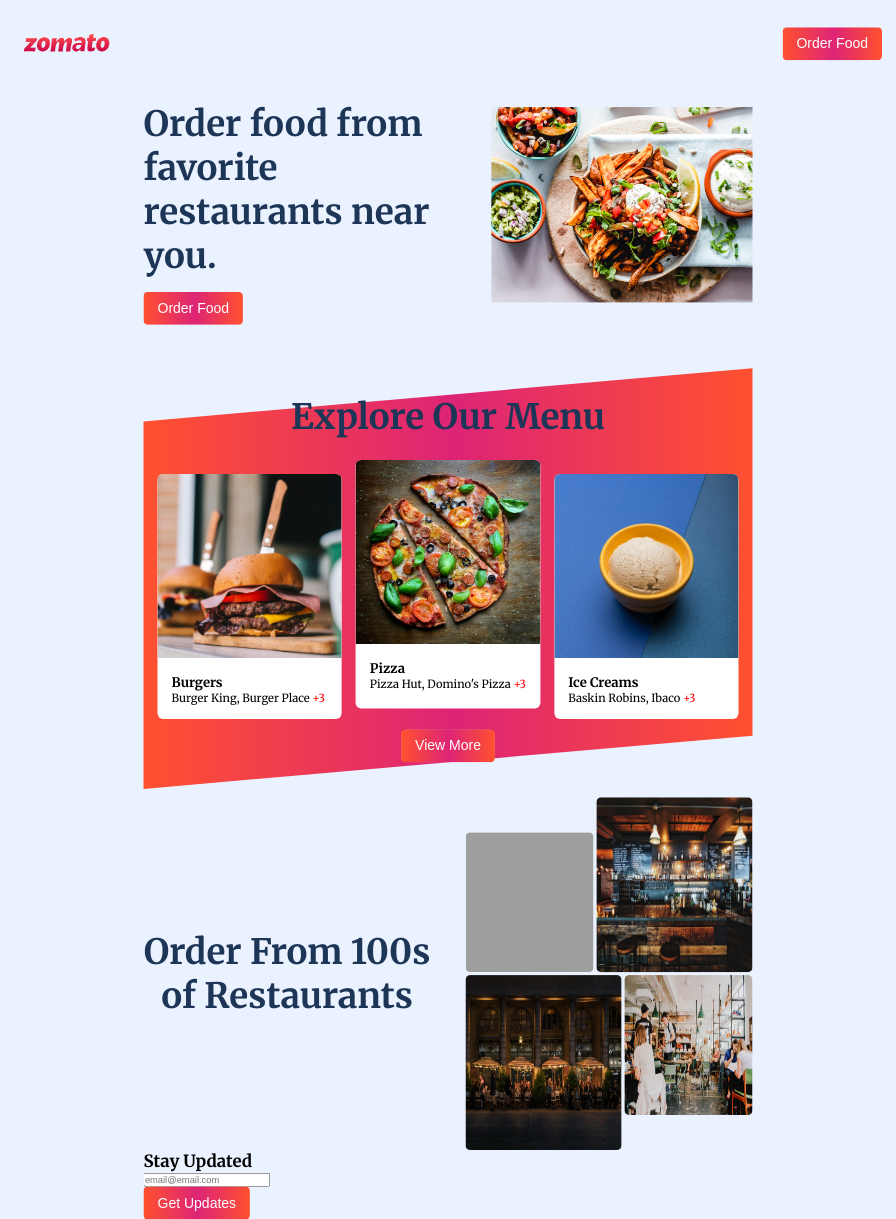
Repository: srush-shah/LandingPage-Project-ShapeAI
Page: index.html
The author's editor kept a copy of each file at every save. The page is drawn from the files as they stood at one save, then again after the next save.
The browser window is 1280 px wide. The pictures show the part of the page from y = 0 to 1920 px (the page is 1742 px tall before and 4649 px after), at 70% of full size.
Pictures or frames that could not be fetched are drawn as grey boxes.

Above is the page before, as saved 2021-09-21 18:15:13.

### index.html
<!DOCTYPE html>
<html lang="en">
  <head>
    <meta charset="UTF-8" />
    <meta http-equiv="X-UA-Compatible" content="IE=edge" />
    <meta name="viewport" content="width=device-width, initial-scale=1.0" />
    <link rel="preconnect" href="https://fonts.googleapis.com" />
    <link rel="preconnect" href="https://fonts.gstatic.com" crossorigin />
    <link
      href="https://fonts.googleapis.com/css2?family=Merriweather:ital,wght@0,300;0,400;0,700;0,900;1,300;1,400;1,700;1,900&display=swap"
      rel="stylesheet"
    />
    <link rel="stylesheet" href="./style.css" />
    <title>Zomato - Largest Food Delivery Network</title>
  </head>
  <body>
    <!-- Navbar -->
    <header>
      <nav class="navbar">
        <div class="navbar-brand">
          <img src="./assets/logo.png" alt="logo" class="navbar-logo" />
        </div>
        <div class="navbar-nav">
          <button class="nav-item button-primary">Order Food</button>
        </div>
      </nav>
    </header>
    <main class="container">
      <!-- Hero Section -->
      <section class="hero-container">
        <div class="hero-img-container">
          <img src="./assets/hero.jpg" alt="Hero Image" class="hero-img" />
        </div>
        <div class="hero-description">
          <h1 class="hero-text">
            Order food from favorite restaurants near you.
          </h1>
          <button class="button-primary">Order Food</button>
        </div>
      </section>

      <!-- Explore Menu -->
      <section class="explore-menu-container">
        <h1 class="explore-menu-text">Explore Our Menu</h1>
        <div class="explore-menu-bg"></div>
        <div class="explore-menu-lists">
          <div class="menu-card">
            <img src="./assets/burger.jpg" alt="burger" class="food-image" />
            <div class="food-description">
              <h3 class="food-title">Burgers</h3>
              <p class="restaurants">
                Burger King, Burger Place <span style="color: red">+3</span>
              </p>
            </div>
          </div>
          <div class="menu-card" id="pizza-card">
            <img src="./assets/pizza.jpg" alt="pizza" class="food-image" />
            <div class="food-description">
              <h3 class="food-title">Pizza</h3>
              <p class="restaurants">
                Pizza Hut, Domino's Pizza <span style="color: red">+3</span>
              </p>
            </div>
          </div>
          <div class="menu-card">
            <img
              src="./assets/iceCream.jpg"
              alt="IceCream"
              class="food-image"
            />
            <div class="food-description">
              <h3 class="food-title">Ice Creams</h3>
              <p class="restaurants">
                Baskin Robins, Ibaco <span style="color: red">+3</span>
              </p>
            </div>
          </div>
        </div>
        <div class="explore-menu-button">
          <button class="button-primary">View More</button>
        </div>
      </section>

      <!-- Restaurants -->
      <section class="restaurants-container">
        <h1 class="restaurants-description">Order From 100s of Restaurants</h1>
        <div class="restaurants-flex">
          <div class="row-one">
            <div class="restaurant1">
              <img
                src="./assets/restaurant1.jpg"
                alt="restaurant1"
                class="restaurant1-image"
              />
            </div>
            <div class="restaurant2">
              <img
                src="./assets/restaurant2.jpg"
                alt="restaurant2"
                class="restaurant2-image"
              />
            </div>
          </div>
          <div class="row-two">
            <div class="restaurant3">
              <img
                src="./assets/restaurant3.jpg"
                alt="restaurant3"
                class="restaurant3-image"
              />
            </div>
            <div class="restaurant4">
              <img
                src="./assets/restaurant4.jpg"
                alt="restaurant4"
                class="restaurant4-image"
              />
            </div>
          </div>
        </div>
      </section>

      <!-- Subscribe -->
      <section class="subscribe">
        <h1 class="subscribe-text">Stay Updated</h1>
        <div class="subscribe-flex">
          <div class="subscribe-form-container">
            <form class="subscribe-form">
              <input
                type="email"
                name="email"
                id="email"
                placeholder="email@email.com"
              />
            </form>
          </div>
          <button class="button-primary">Get Updates</button>
        </div>
      </section>
    </main>
  </body>
</html>

### style.css
* {
  margin: 0;
  padding: 0;
  box-sizing: border-box; /* To Box Model */
}

/* Global */

body {
  font-family: "Merriweather", sans-serif;
  background-color: #ebf2ff;
  overflow-x: hidden;
}

.button-primary {
  background-image: linear-gradient(
    to right,
    #ff512f 0%,
    #dd2476 51%,
    #ff512f 100%
  );
  color: #fff;
  padding: 12px;
  border: none;
  border-radius: 6px;
  cursor: pointer;
}

.container {
  width: 100%;
  margin: 0 auto;
  padding: 0 15px;
}

.navbar {
  display: flex;
  justify-content: space-around;
  align-items: center;
}

.navbar-brand {
  width: 100px;
}

.navbar-logo {
  width: 100%;
}

.hero-container {
  width: 100%;
}

.hero-img-container {
  width: 100%;
}

.hero-img {
  width: 100%;
}

.hero-text {
  font-size: 30px;
  color: #1d3557;
  margin: 20px 0;
}

/* Menu Styles */

.explore-menu-container {
  margin-top: 50px;
}

.explore-menu-text {
  font-size: 30px;
  color: #1d3557;
  margin: 20px 0;
  text-align: center;
}

.menu-card {
  width: 100%;
  background-color: #fff;
  border-radius: 8px;
  margin-bottom: 15px;
}

.food-image {
  width: 100%;
  border-radius: 8px 8px 0 0;
}

.food-description {
  padding: 20px;
}

.explore-menu-button {
  display: flex;
  justify-content: center;
}

/* Flex */

.row-one,
.row-two {
  width: 100%;
  display: flex;
  gap: 4px;
}

.row-one {
  align-items: baseline;
  margin-bottom: 4px;
}

.row-two {
  flex-direction: row-reverse;
}

.restaurant1-image,
.restaurant2-image,
.restaurant3-image,
.restaurant4-image {
  width: 100%;
  height: 100%;
  border-radius: 7px;
}

.restaurant1,
.restaurant3 {
  width: 90%;
  height: 110px;
}

.restaurant2,
.restaurant4 {
  width: 110%;
  height: 130px;
}

.restaurants-description {
  font-size: 30px;
  color: #1d3557;
  margin: 20px 0;
  text-align: center;
}

/* Subscription */



@media (min-width: 768px) {
  .navbar {
    justify-content: space-between;
    padding: 10px 20px;
  }
  .navbar-brand {
    width: 150px;
  }
  .button-primary {
    padding: 12px 20px;
    font-size: 20px;
  }
  .hero-container {
    display: flex;
    flex-direction: row-reverse;
    align-items: center;
    justify-content: space-between;
    gap: 10px;
  }

  .explore-menu-container {
    position: relative;
  }

  .explore-menu-bg {
    position: absolute;
    left: 0;
    top: 0;
    height: 100%;
    width: 100%;
    background-image: linear-gradient(
      to right,
      #ff512f 0%,
      #dd2476 51%,
      #ff512f 100%
    );

    z-index: -3;
    transform: skewY(-5deg);
  }

  .explore-menu-lists {
    margin-top: 50px;
    display: flex;
    gap: 8px;
  }
  #pizza-card {
    margin-top: -20px;
    margin-bottom: 30px;
  }
  .restaurants-container {
    display: flex;
    align-items: center;
    margin-top: 50px;
  }
  .restaurants-description,
  .restaurants-flex {
    width: 100%;
  }
  .restaurants-description {
    margin-right: 50px;
  }
  .restaurant1,
  .restaurant3 {
    width: 90%;
    height: 130px;
  }

  .restaurant2,
  .restaurant4 {
    width: 110%;
    height: 150px;
  }
}

@media (min-width: 1020px) {
  .container {
    max-width: 900px;
  }
  .hero-text {
    font-size: 50px;
  }
  .explore-menu-container {
    margin-top: 100px;
  }
  .explore-menu-lists {
    gap: 20px;
    padding: 0 20px;
  }
  .explore-menu-text {
    font-size: 50px;
  }
  .restaurants-description {
    font-size: 50px;
  }
  .restaurant1,
  .restaurant3 {
    width: 90%;
    height: 200px;
  }

  .restaurant2,
  .restaurant4 {
    width: 110%;
    height: 250px;
  }
}

@media (min-width: 1400px) {
  .container {
    max-width: 1250px;
  }
}

After the next save:
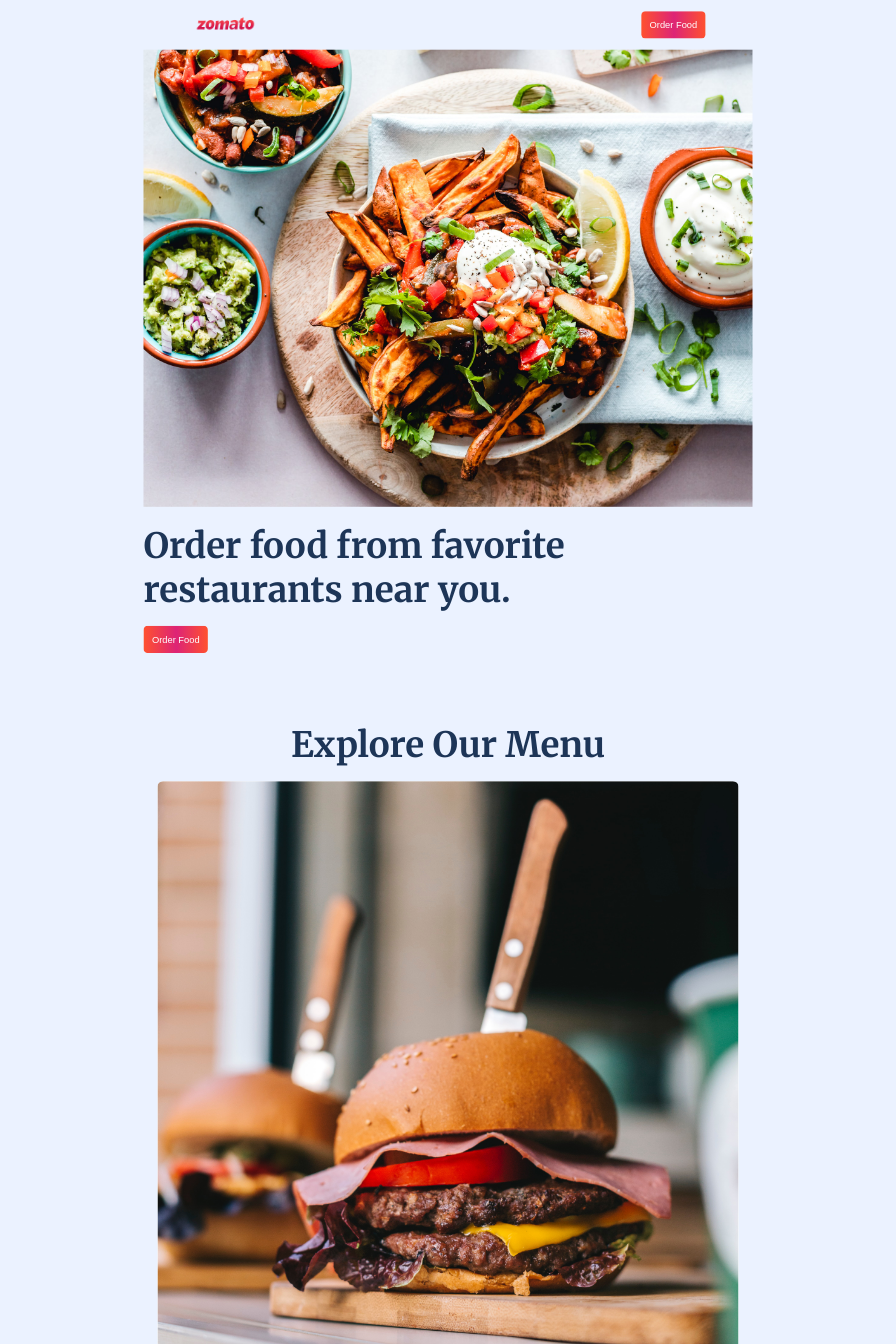
Saved 4 s later.
--- a/style.css
+++ b/style.css
@@ -146,7 +146,7 @@
 
 /* Subscription */
 
-
+.s
 
 @media (min-width: 768px) {
   .navbar {

After the 2 saves that followed:
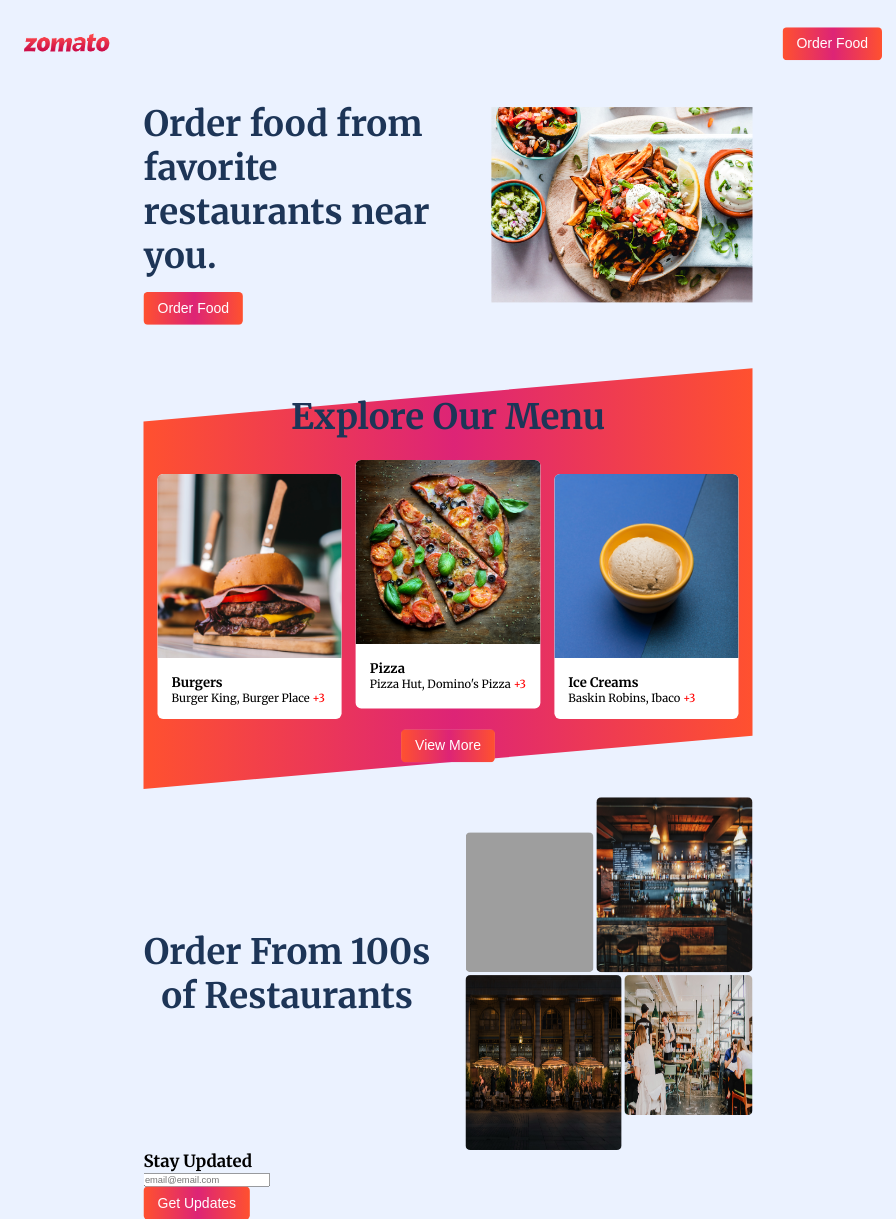
The 2 saves are shown as one change because they came seconds apart.
The last was saved 7 s later.
--- a/style.css
+++ b/style.css
@@ -146,7 +146,9 @@
 
 /* Subscription */
 
-.s
+.subscribe {
+
+}
 
 @media (min-width: 768px) {
   .navbar {
